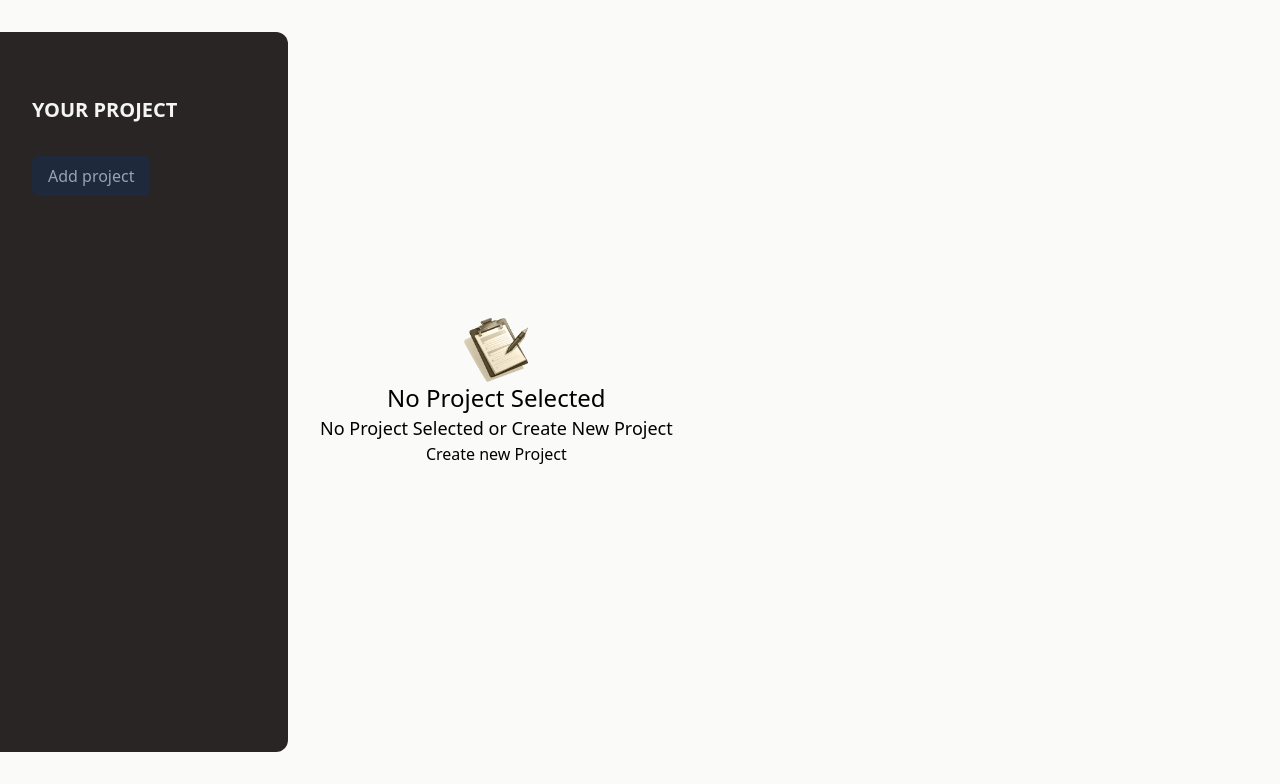
Repository: sibi24sibi/todo-list-using-reactjs
Page: /
The author's editor kept a copy of each file at every save. The page is drawn from the files as they stood at one save, then again after the next save.
The browser window is 1280 px wide. The pictures show the whole page.
The project was rebuilt for these pictures with package versions that can differ from the ones it lists, and the page was loaded fresh each time. Also part of the build but not shown: vite.config.js, src/Components/Input.jsx, src/Components/NewProjects.jsx.

Above is the page before, as saved 2024-06-24 14:46:55.

After the next save:
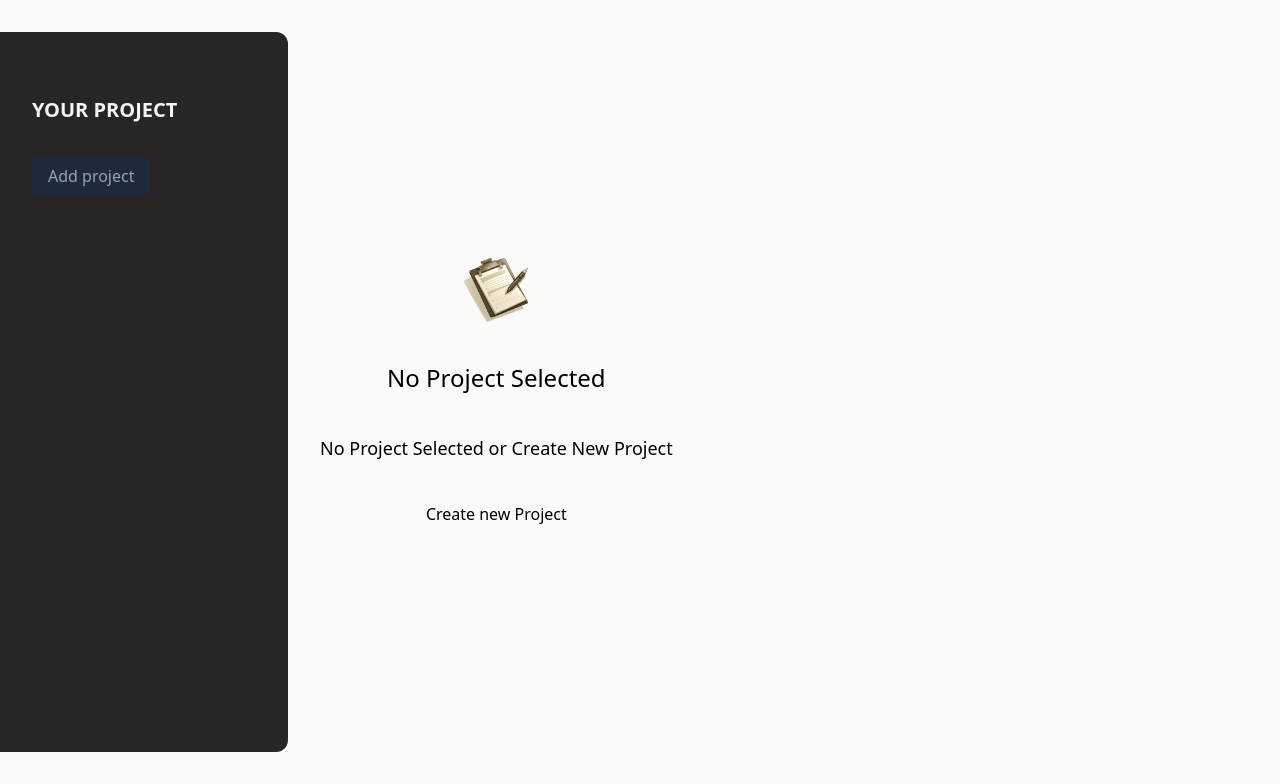
Saved 10 s later.
--- a/src/Components/NoProjects.jsx
+++ b/src/Components/NoProjects.jsx
@@ -2,7 +2,7 @@ import noProjects from "../assets/no-projects.png";
 
 export default function Noprojects() {
   return (
-    <div className="flex flex-col justify-center items-center">
+    <div className="flex flex-col gap-10 justify-center items-center">
       <img src={noProjects} alt="No Projects" className="w-16 h-16" />
       <h2 className="text-2xl ">No Project Selected</h2>
       <p className=" text-lg">No Project Selected or Create New Project</p>
